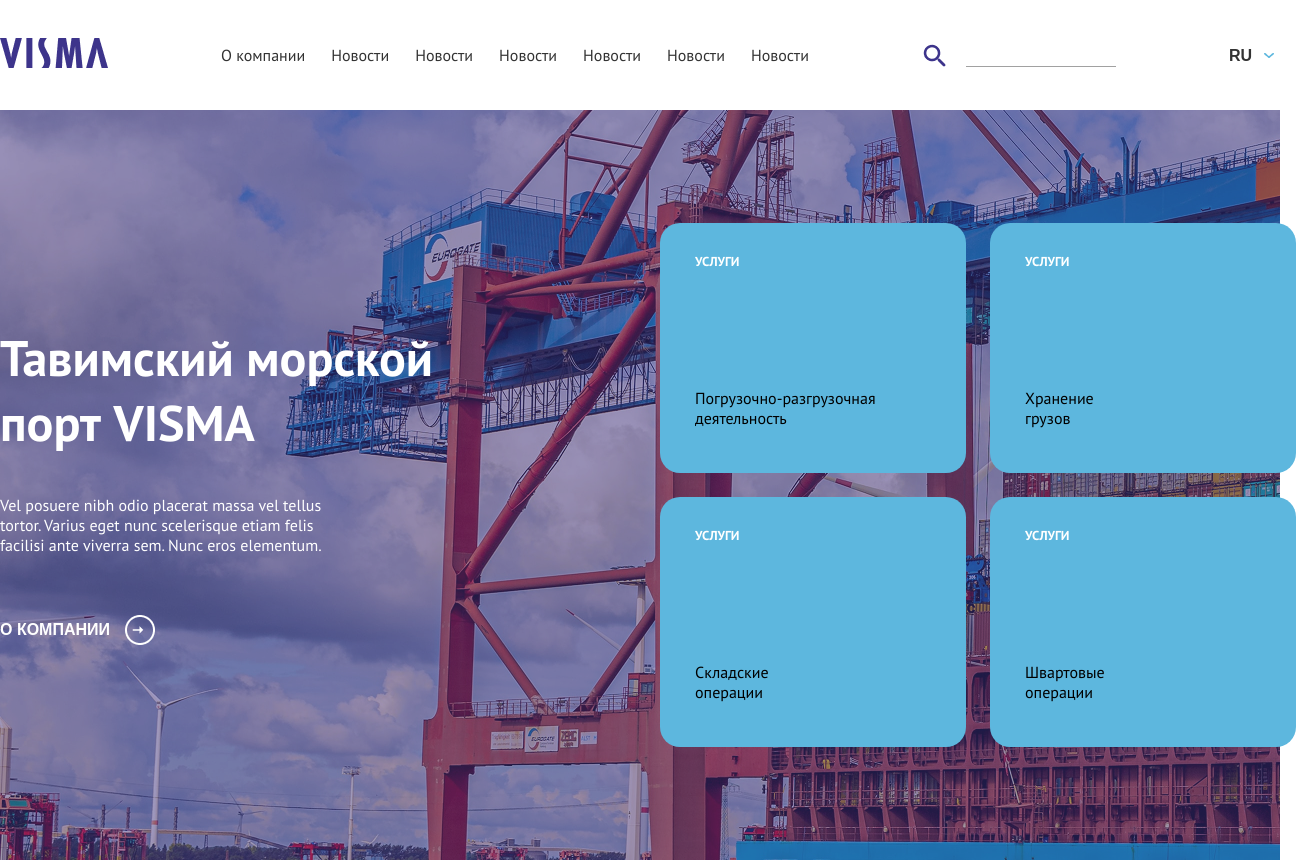
Repository: Shaiyr1/Visma
Page: index.html
An editor plug-in stored every save of this project. The page is shown before and after the next save, followed by the edit.
The browser window is 1280 px wide. The page is 1296 px wide, so the pictures cover 1296 px, including what lies to the right of the window. The pictures show the whole page.
The style sheet was rebuilt from its Sass, Less or Tailwind sources for each picture, by a compiler version that may differ from the author's.

Above is the page before, as saved 2026-09-15 14:48:16.

After the next save:
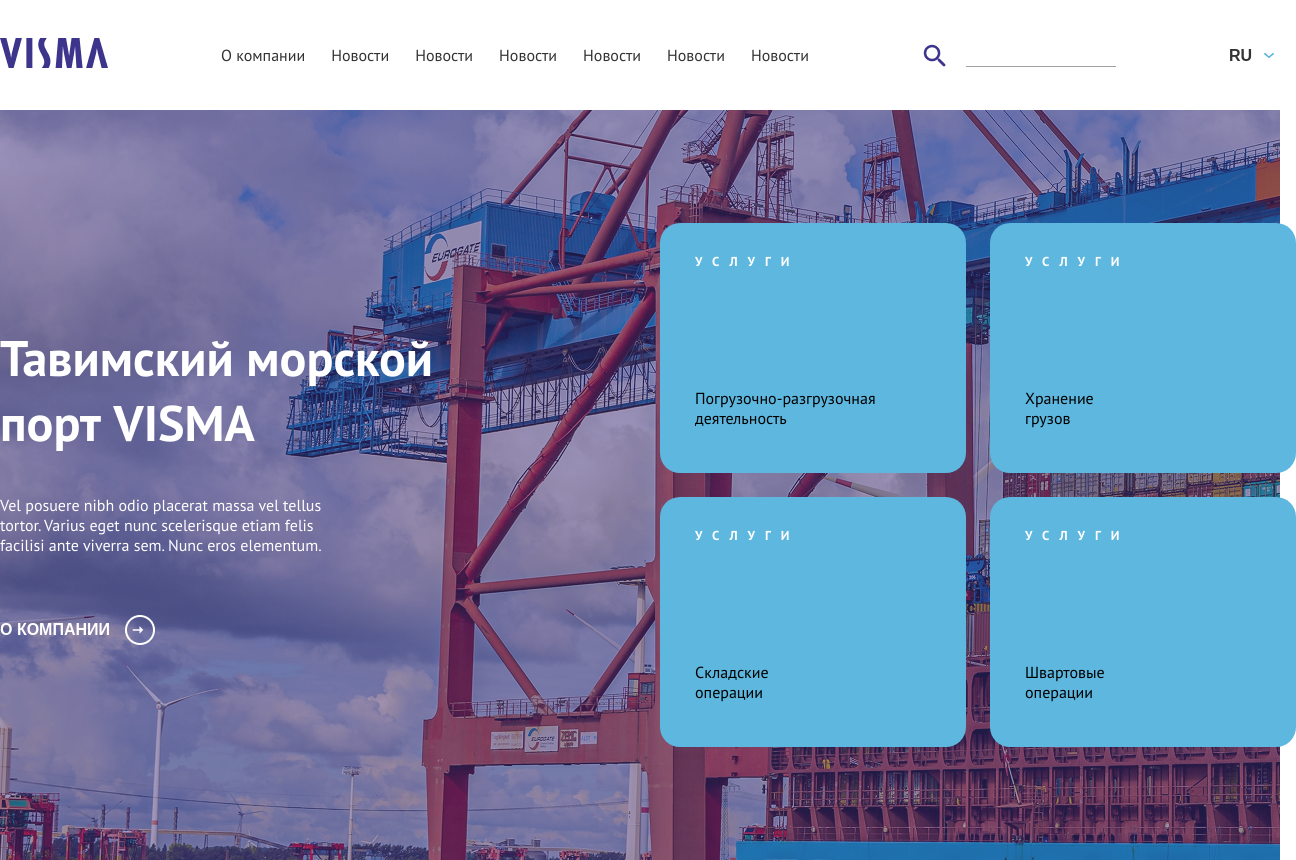
Saved 42 s later.
--- a/src/scss/home.scss
+++ b/src/scss/home.scss
@@ -73,6 +73,7 @@
                 text-align: left;
                 font-size: 13px;
                 font-weight: 700;
+                letter-spacing:10px;
 
             }
 
